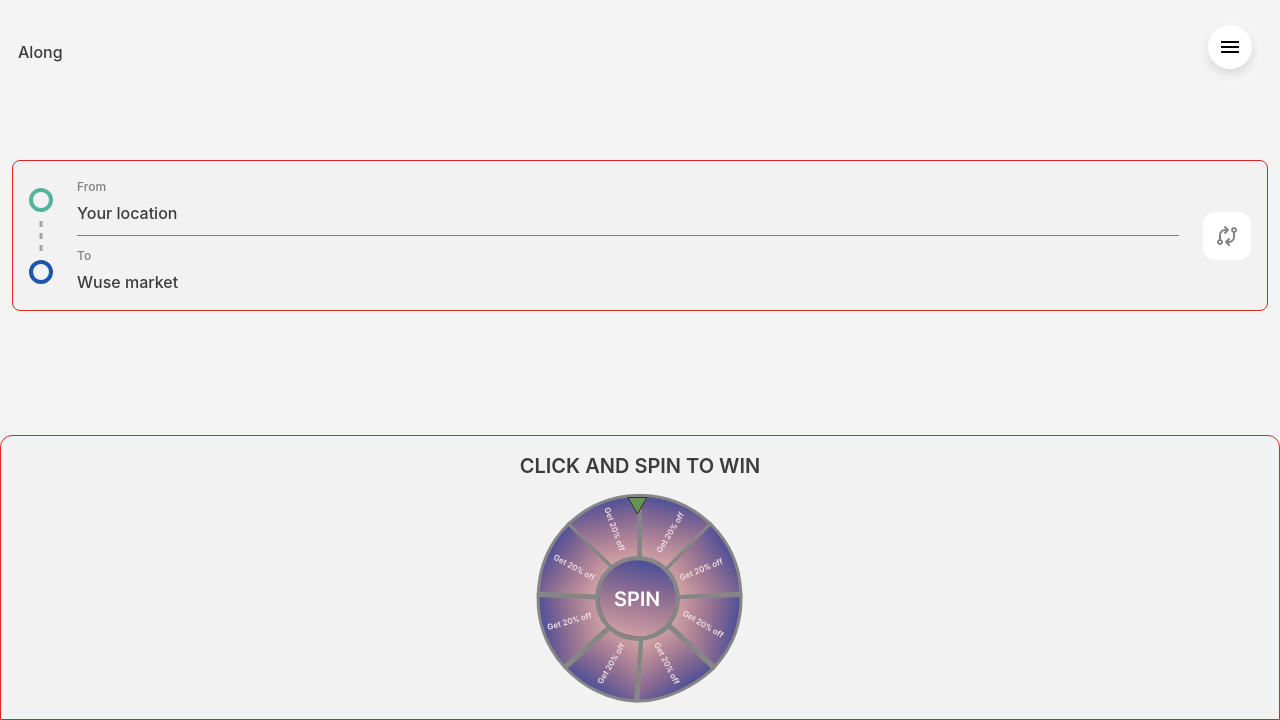
Repository: TeamAlong/Along-App
Page: /
These files come from the project's save history. The page is drawn as it stood at one moment and after the next save; the edit follows.
The browser window is 1280 px wide. The pictures show the whole page.
The project was rebuilt for these pictures with package versions that can differ from the ones it lists, and the page was loaded fresh each time. The framework's server and built-in components were replaced by stand-ins that run in the browser. Also part of the build but not shown: next.config.mjs, src/components/user/drivers-preview.js.

Above is the page before, as saved 2024-02-26 22:48:05.

### src/pages/index.js
import { useState } from "react";
import Layout from "@/components/Layout";
import Image from "next/image";
import { useUi } from "@/context/UiContext/uiContext";
import Circles from "../../public/assets/loc-circles.svg";
import Rout from "../../public/assets/route-icon.svg";

export default function Home() {
  const { setShowSpin } = useUi();

  const handleGetAlongClick = () => {
    setShowSpin(false); // Hide the spin and show drivers preview
  };
  return (
    <Layout>
      <main className="pt-40 pb-10 px-3 flex flex-col gap-[220px]">
        <section className="w-full flex items-center gap-6 px-4 py-[18px] rounded-lg bg-[#F2F2F2] border border-red-600">
          <Image src={Circles} alt="" />

          <div className="w-full flex flex-col">
            <div className="flex flex-col gap-2 items-start border-b border-[#7E7E7E] pb-3">
              <p className="text-xs text-[#7E7E7E]">From</p>
              <input
                className="w-full h-full bg-transparent border-none outline-none"
                type="text"
                placeholder="Your location"
              />
            </div>

            <div className="flex flex-col gap-2 items-start pt-3 ">
              <p className="text-xs text-[#7E7E7E]">To</p>
              <input
                className="w-full h-full bg-transparent border-none outline-none"
                type="text"
                placeholder="Wuse market"
              />
            </div>
          </div>

          <Image src={Rout} alt="" />
        </section>

        <button
          className="w-[90%] self-center bg-[#F2F2F2] py-3 px-4 rounded-2xl text-xl text-[#717171] font-bold border border-red-600"
          onClick={handleGetAlongClick}
        >
          Get Along
        </button>
      </main>
    </Layout>
  );
}

### src/context/UiContext/uiContext.js
import React, { createContext, useContext, useState } from "react";

const UiContext = createContext();

export const useUi = () => useContext(UiContext);

export const UiProvider = ({ children }) => {
  const [showSpin, setShowSpin] = useState(true);

  return (
    <UiContext.Provider value={{ showSpin, setShowSpin }}>
      {children}
    </UiContext.Provider>
  );
};

### src/components/Layout.js
import Head from "next/head";
import Footer from "./Footer";
import Navbar from "./Navbar";

export default function Layout({ title, keywords, description, children }) {
  return (
    <div className="flex flex-col min-h-screen">
      <Head>
        <title>{title}</title>
        <meta name="description" content={description} />
        <meta name="keywords" content={keywords} />
        <meta charSet="utf-8" />
      </Head>
      <Navbar />

      <div className="flex-grow">{children}</div>

      <Footer />
    </div>
  );
}

Layout.defaultProps = {
  title: "Along app",
  description: "Along App",
  keywords: "Along App",
};

### src/components/Footer.js
import Image from "next/image";
import { useUi } from "@/context/UiContext/uiContext";
import DriversPreview from "./user/drivers-preview";
import Spin from "../../public/assets/spin-board.svg";

export default function Footer() {
  const { showSpin } = useUi();
  return (
    <footer className=" fixed inset-x-0 bottom-0 w-full max-h-[434px] bg-[#F2F2F2] rounded-tl-[12px] rounded-tr-[12px] overflow-y-scroll border border-red-600 z-50 ">
      {showSpin ? (
        <div className="flex flex-col gap-2.5 items-center pt-4">
          <h3 className="text-xl font-semibold">CLICK AND SPIN TO WIN</h3>
          <Image src={Spin} alt="" />
        </div>
      ) : (
        <DriversPreview />
      )}
    </footer>
  );
}

### src/components/Navbar.js
import Image from "next/image";
import Menu from "../../public/assets/hamburger.svg";

export default function Navbar() {
  return (
    <nav className="fixed top-0 left-0  w-full flex items-center justify-between py-5 px-[18px]">
        <h1>Along</h1>
        <Image src={Menu} alt="hamburger menu"/>
    </nav>
  )
}

Loaded but not shown: src/pages/_app.js (common file); src/pages/_document.js (common file); src/styles/globals.css (common file); tailwind.config.js (common file)

After the next save:
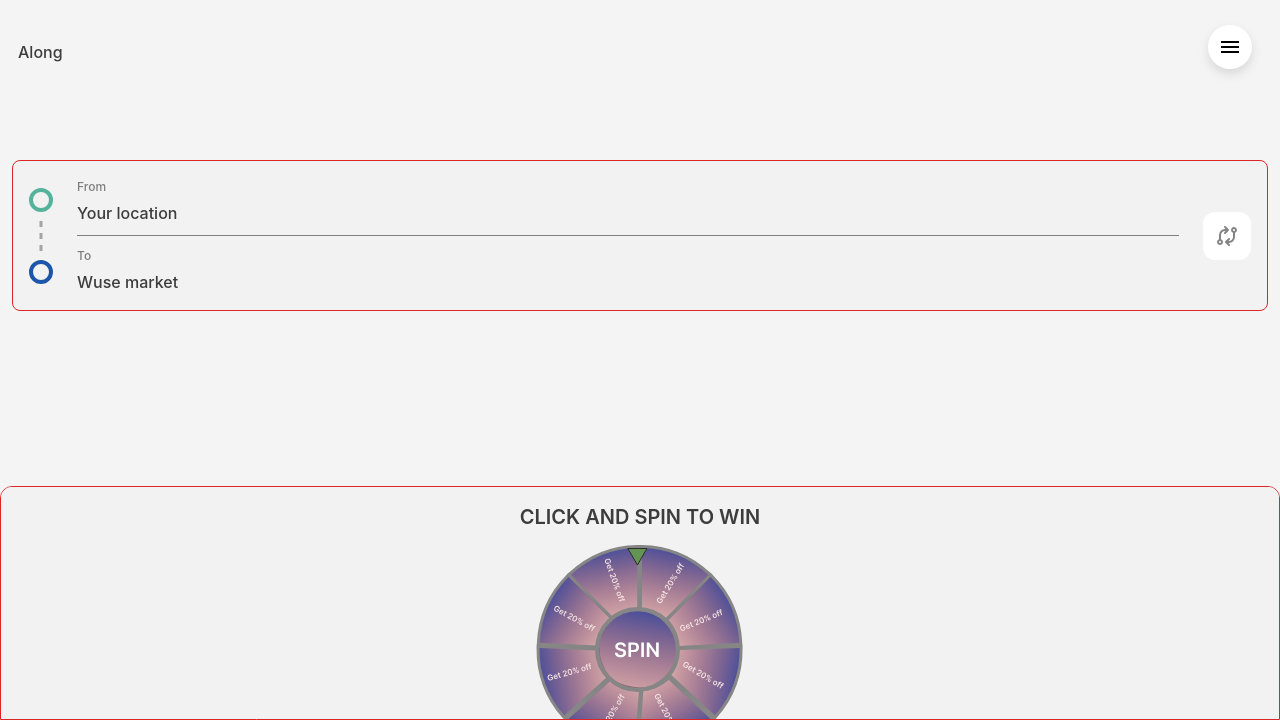
Saved 16 s later.
--- a/src/components/Footer.js
+++ b/src/components/Footer.js
@@ -6,7 +6,7 @@
 export default function Footer() {
   const { showSpin } = useUi();
   return (
-    <footer className=" fixed inset-x-0 bottom-0 w-full max-h-[434px] bg-[#F2F2F2] rounded-tl-[12px] rounded-tr-[12px] overflow-y-scroll border border-red-600 z-50 ">
+    <footer className=" fixed inset-x-0 bottom-0 w-full max-h-[234px] bg-[#F2F2F2] rounded-tl-[12px] rounded-tr-[12px] overflow-y-scroll border border-red-600 z-50 ">
       {showSpin ? (
         <div className="flex flex-col gap-2.5 items-center pt-4">
           <h3 className="text-xl font-semibold">CLICK AND SPIN TO WIN</h3>

After the save that followed:
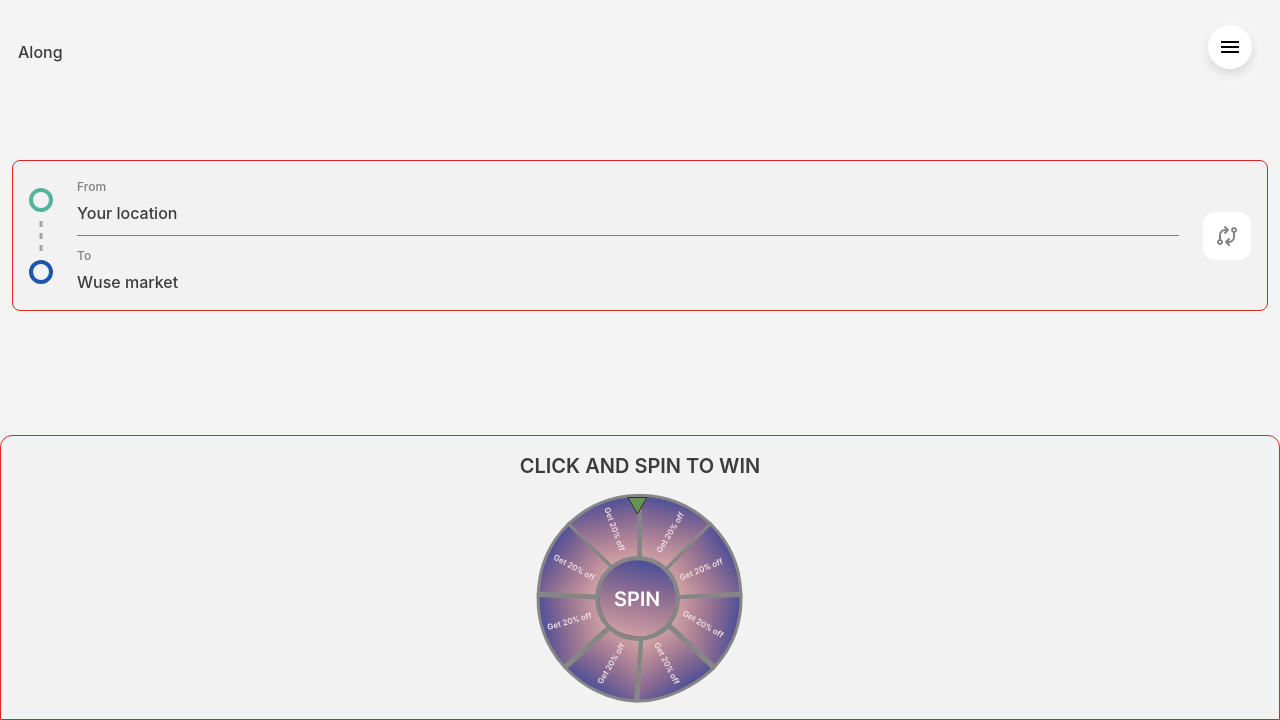
Saved 10 s later.
--- a/src/components/Footer.js
+++ b/src/components/Footer.js
@@ -6,7 +6,7 @@
 export default function Footer() {
   const { showSpin } = useUi();
   return (
-    <footer className=" fixed inset-x-0 bottom-0 w-full max-h-[234px] bg-[#F2F2F2] rounded-tl-[12px] rounded-tr-[12px] overflow-y-scroll border border-red-600 z-50 ">
+    <footer className=" fixed inset-x-0 bottom-0 w-full max-h-[334px] bg-[#F2F2F2] rounded-tl-[12px] rounded-tr-[12px] overflow-y-scroll border border-red-600 z-50 ">
       {showSpin ? (
         <div className="flex flex-col gap-2.5 items-center pt-4">
           <h3 className="text-xl font-semibold">CLICK AND SPIN TO WIN</h3>
